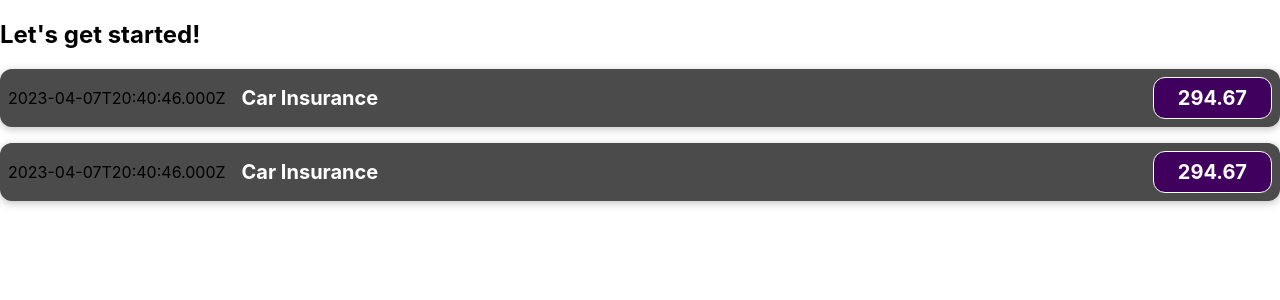
Repository: andresmazza/react-lesson
Page: /
These files come from the project's save history. The page is drawn as it stood at one moment and after a run of saves; the edit follows.
The browser window is 1280 px wide. The pictures show the whole page.
The project was rebuilt for these pictures with package versions that can differ from the ones it lists, and the page was loaded fresh each time. Also part of the build but not shown: src/App.css.

Above is the page before, as saved 2023-04-07 23:38:32.

After the next 2 saves:
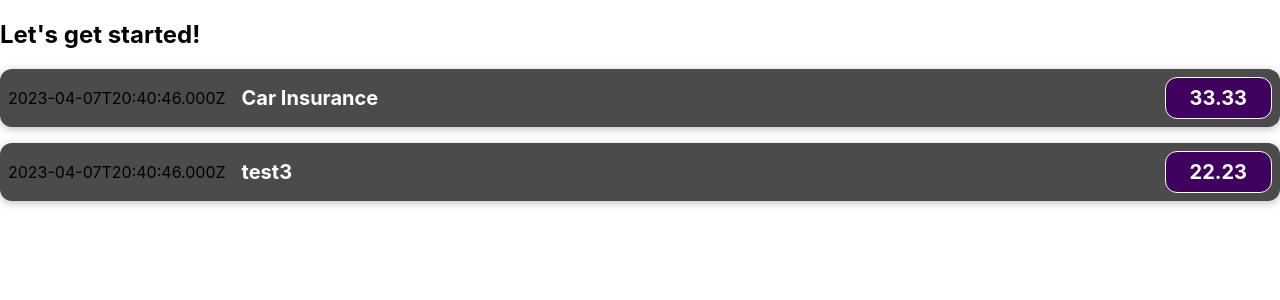
The 2 saves are shown as one change because 1 did not build or start.
The last was saved 2 min 46 s later.
--- a/src/components/ExpenseItem.js
+++ b/src/components/ExpenseItem.js
@@ -1,17 +1,17 @@
 
 import './ExpenseItem.css';
 
-function ExpenseItem() {
-    const expenseDate = new Date();
+function ExpenseItem(props) {
+/*    const expenseDate = new Date();
     const expenseTitle = 'Car Insurance';
-    const expenseAmount = 294.67;
+    const expenseAmount = 294.67;*/
 
     return (
       <div className='expense-item'>
-        <div>{expenseDate.toISOString()}</div>
+        <div>{props.date.toISOString()}</div>
         <div className='expense-item__description'>
-            <h2>{expenseTitle}</h2>
-            <div className='expense-item__price'>{expenseAmount}</div>
+            <h2>{props.title}</h2>
+            <div className='expense-item__price'>{props.amount}</div>
         </div>
       </div>
     );
